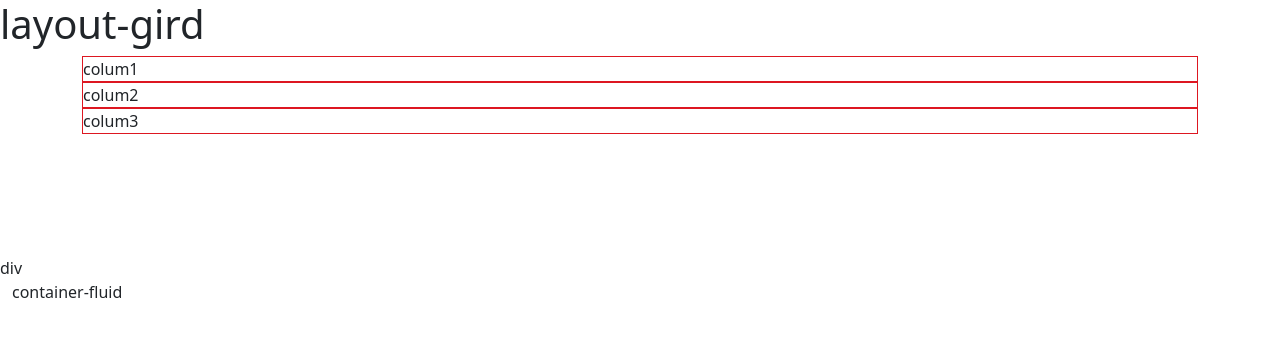
Repository: cvTuananh/Wed-famework
Page: lab05/demo3.html
The author's editor kept a copy of each file at every save. The page is drawn from the files as they stood at one save, then again after the next save.
The browser window is 1280 px wide. The pictures show the whole page.

Above is the page before, as saved 2021-09-30 19:35:46.

### lab05/demo3.html
<!DOCTYPE html>
<html lang="en">

<head>
    <meta charset="UTF-8">
    <meta http-equiv="X-UA-Compatible" content="IE=edge">
    <meta name="viewport" content="width=device-width, initial-scale=1.0">
    <title>Demo bootstrap</title>
    <link rel="stylesheet" href="./css/style.css">
    <link href="https://cdn.jsdelivr.net/npm/bootstrap@5.1.1/dist/css/bootstrap.min.css" rel="stylesheet" integrity="sha384-F3w7mX95PdgyTmZZMECAngseQB83DfGTowi0iMjiWaeVhAn4FJkqJByhZMI3AhiU" crossorigin="anonymous">
    <style type="text/css">
        .container {
            height: 200px;
            background-color: var(--var-blue);
        }

        .col {
            border: 1px solid var(--color-red)
        }
    </style>
</head>

<body>
    <h1>layout-gird</h1>
    <div class="container">
        <div class="col">colum1</div>
        <div class="col">colum2</div>
        <div class="col">colum3</div>
    </div>
    div
    <div class="container-fluid">container-fluid</div>

    <script src="https://cdn.jsdelivr.net/npm/bootstrap@5.1.1/dist/js/bootstrap.bundle.min.js" integrity="sha384-/bQdsTh/da6pkI1MST/rWKFNjaCP5gBSY4sEBT38Q/9RBh9AH40zEOg7Hlq2THRZ" crossorigin="anonymous"></script>
</body>

</html>

### lab05/css/style.css
:root {
    --color-yellow: #ffc285;
    --color-red: #dd1721;
    --color-prue: #ffc285;
    --color-green: #0ab318;
    --color-blue: #2511dd;
}

After the next save:
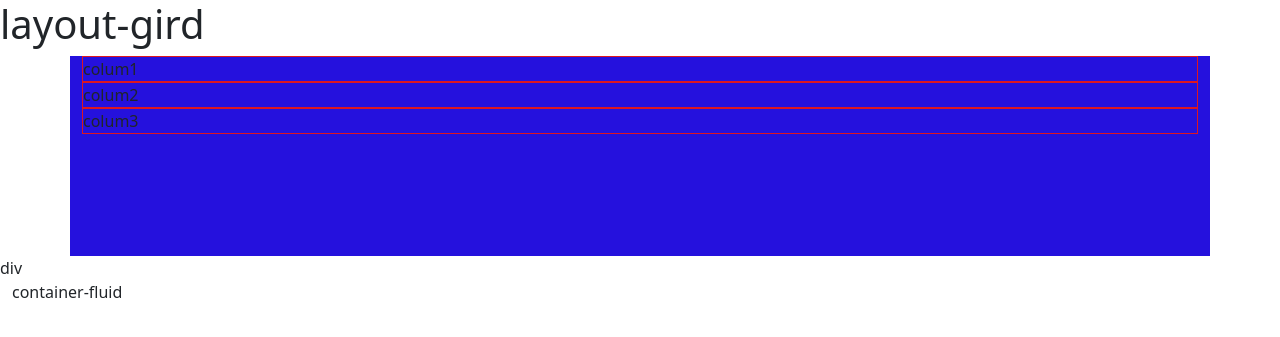
Saved 8 s later.
--- a/lab05/demo3.html
+++ b/lab05/demo3.html
@@ -11,7 +11,7 @@
     <style type="text/css">
         .container {
             height: 200px;
-            background-color: var(--var-blue);
+            background-color: var(--color-blue);
         }
 
         .col {
